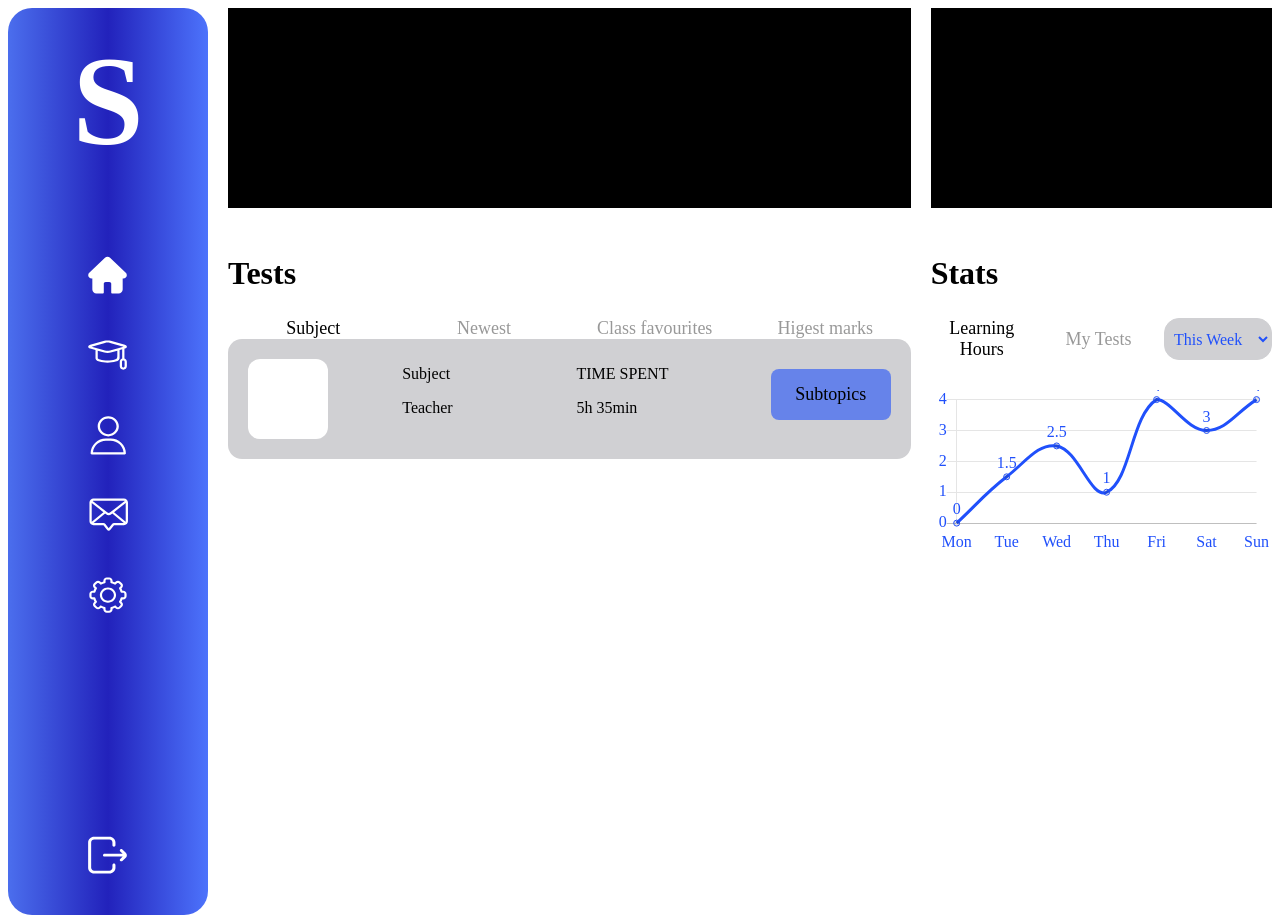
Repository: rafalzacher1/smartify-interface
Page: home.html
These files come from the project's save history. The page is drawn as it stood at one moment and after the next save; the edit follows.
The browser window is 1280 px wide. The pictures show the whole page.
Some web fonts or font styles are not loaded; a fallback is used. Some web libraries are served in a nearby version.

Above is the page before, as saved 2022-06-30 11:34:53.

After the next save:
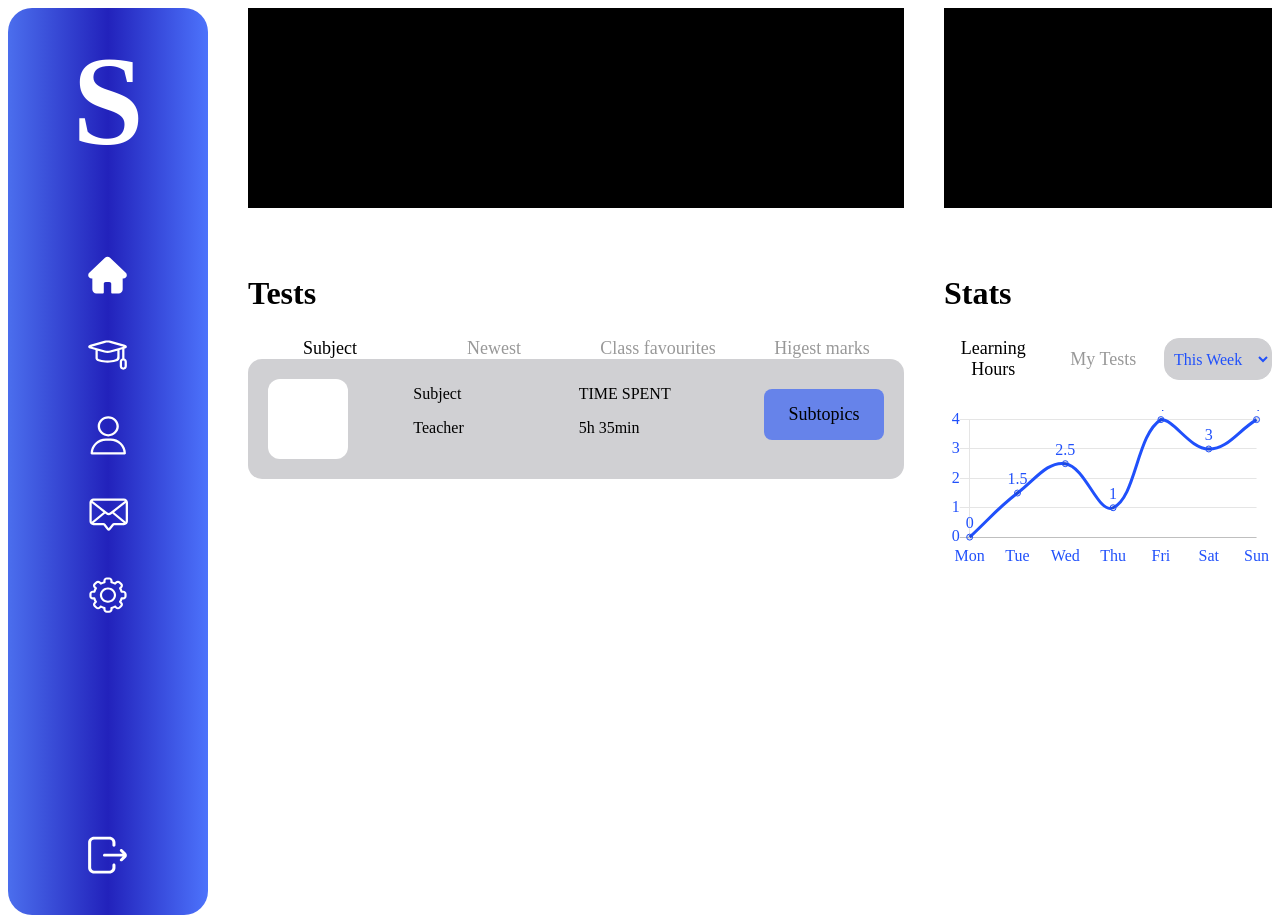
Saved 98 s later.
--- a/styles/home.css
+++ b/styles/home.css
@@ -2,5 +2,5 @@
     display: grid;
     grid-template-columns: 2fr 8fr 4fr;
     grid-template-rows: 200px 200px 200px;
-    gap: 20px;
+    gap: 40px;
 }
